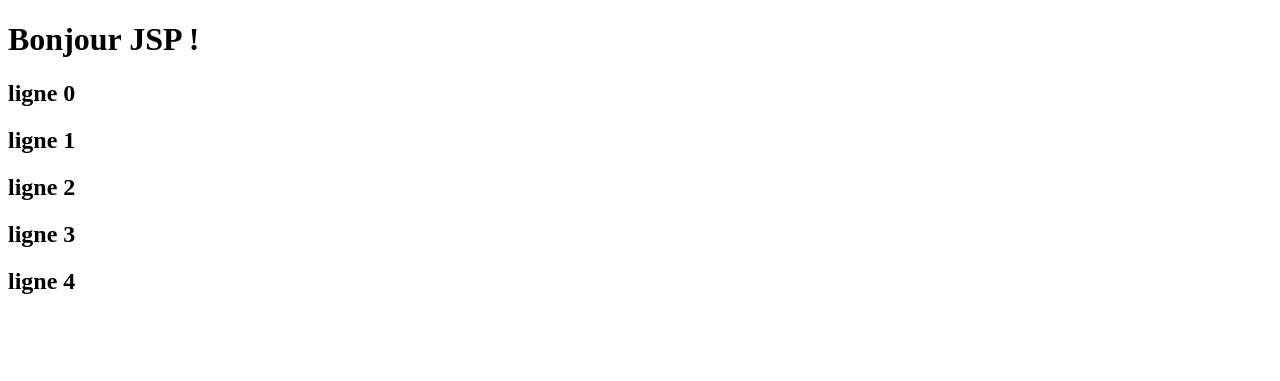
Repository: Kahefsay/javaEE
Page: http://localhost/ApsioTest/Bonjour.jsp
The author's editor kept a copy of each file at every save. The page is drawn from the files as they stood at one save, then again after the next save.
The browser window is 1280 px wide. The pictures show the whole page.
The page is served by Tomcat 9. Other server files are loaded and not shown.

Above is the page before, as saved 2018-01-31 10:00:04.

### ApsioTest/WebContent/Bonjour.jsp
<%@ page language="java" contentType="text/html; charset=UTF-8"
    pageEncoding="UTF-8"%>
<!DOCTYPE html PUBLIC "-//W3C//DTD HTML 4.01 Transitional//EN" "http://www.w3.org/TR/html4/loose.dtd">
<html>
<head>
<meta http-equiv="Content-Type" content="text/html; charset=UTF-8">
<title>Bienvenue JSP</title>
</head>
<body>

<h1>Bonjour JSP !</h1>

<%
	for (int i=0; i<5; i++){
		out.println("<h2> ligne " + i + "</h2>");
	}
%>

</body>
</html>

After the next save:
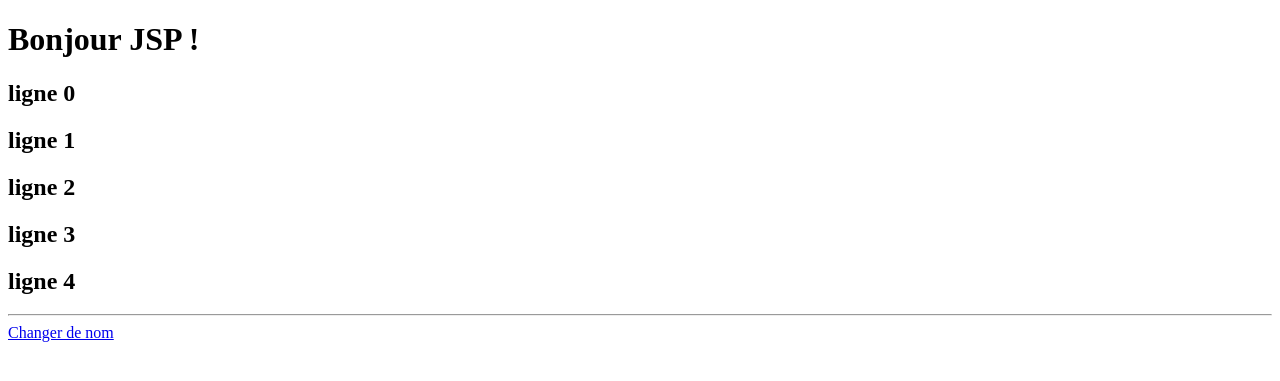
Saved 2 min 20 s later.
--- a/ApsioTest/WebContent/Bonjour.jsp
+++ b/ApsioTest/WebContent/Bonjour.jsp
@@ -16,5 +16,9 @@
 	}
 %>
 
+<hr/>
+
+<a href="/Page2">Changer de nom</a>
+
 </body>
 </html>
